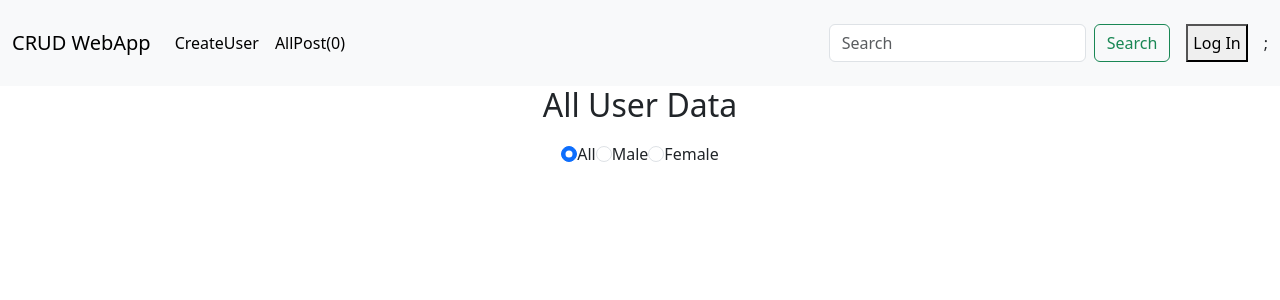
Repository: suraj-yadav7/createpost-redux
Page: /read
The author's editor kept a copy of each file at every save. The page is drawn from the files as they stood at one save, then again after the next save.
The browser window is 1280 px wide. The pictures show the whole page.
The page's requests for data from a server got no answer. The project was rebuilt for these pictures with package versions that can differ from the ones it lists, and the page was loaded fresh each time. No one was signed in, and anything a server would have sent is missing. Also part of the build but not shown: vite.config.js, src/App.css, src/assets/viewuser.css, src/components/ViewUser.jsx, src/components/UpdateUser.jsx, src/components/CreateData.jsx, src/index.css.

Above is the page before, as saved 2023-05-25 23:34:05.

After the next save:
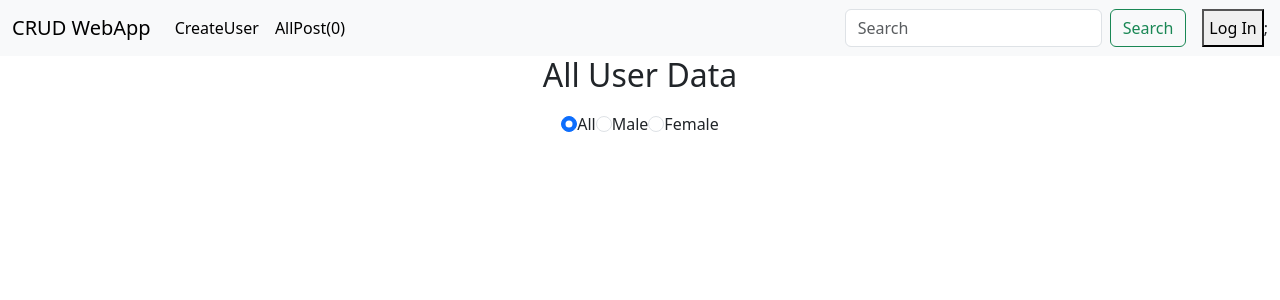
Saved 11 s later.
--- a/src/components/Navbar.jsx
+++ b/src/components/Navbar.jsx
@@ -38,7 +38,7 @@ const Navbar = () => {
               <input className="form-control me-2" type="search" onChange={(e)=>setSearchVal(e.target.value)} placeholder="Search" aria-label="Search" />
               <button className="btn btn-outline-success" type="submit">Search</button>
             </form>
-            <button style={{padding:"5px", margin:"1rem"}} onClick={() => loginWithRedirect()}>Log In</button>;
+            <button style={{padding:"5px", marginLeft:"1rem"}} onClick={() => loginWithRedirect()}>Log In</button>;
           </div>
         </div>
       </nav>
